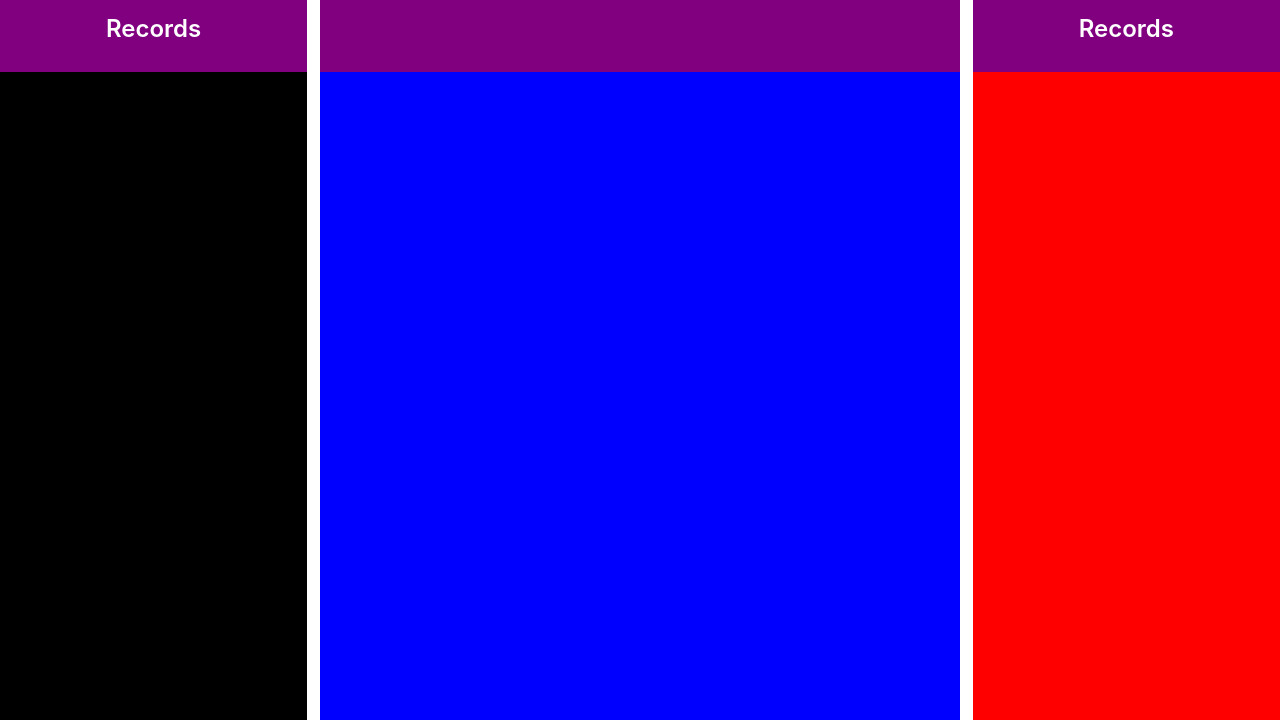
Repository: napan24/classforma_assignment
Page: / (app in client/)
An editor plug-in stored every save of this project. The page is shown before and after a run of saves, followed by the edit.
The browser window is 1280 px wide. The pictures show the whole page.
The project was rebuilt for these pictures with package versions that can differ from the ones it lists, and the page was loaded fresh each time. Also part of the build but not shown: client/src/App.css.

Above is the page before, as saved 2022-07-19 16:32:36.

After the next 2 saves:
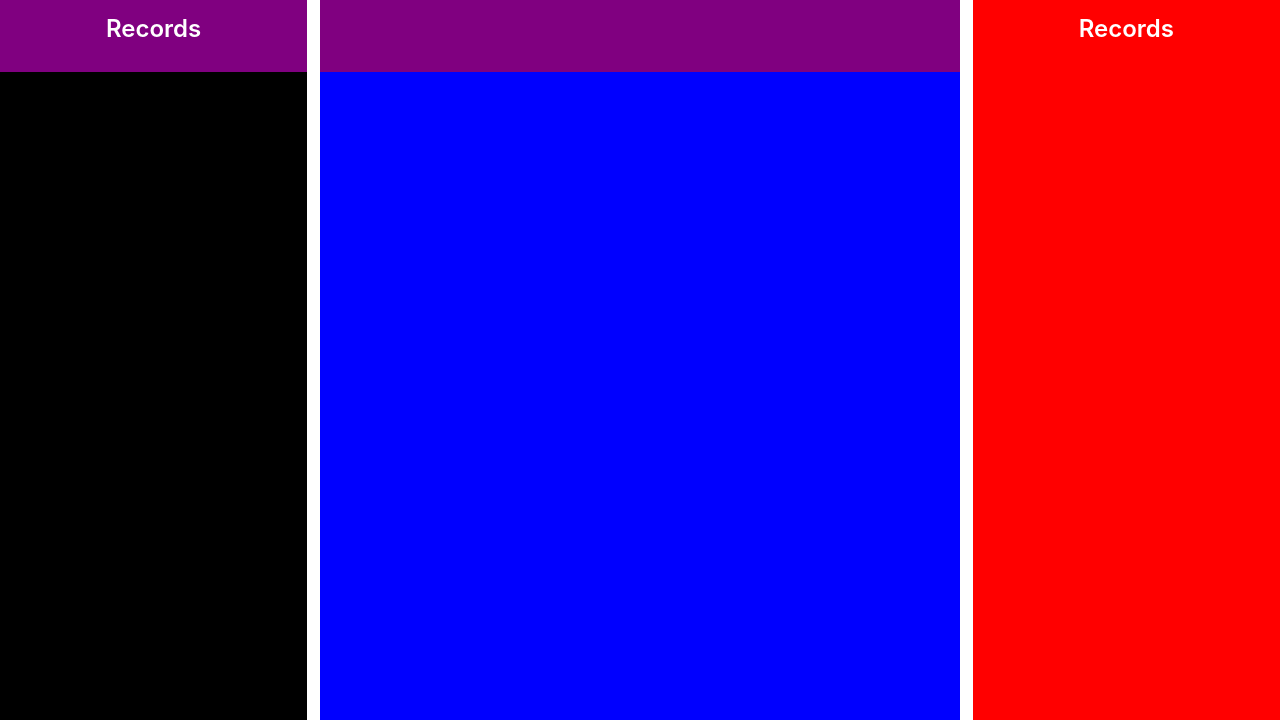
The 2 saves are shown as one change because they came seconds apart.
The last was saved 5 min 18 s later.
--- a/client/src/Home.js
+++ b/client/src/Home.js
@@ -23,7 +23,7 @@ const Home = () => {
                     </div>
                 </div>
                 <div style={{ width: "24vw", height: "100vh", backgroundColor: "red" }}>
-                    <div style={{ width: "24vw", height: "10vh", backgroundColor: "purple", textAlign: 'center', fontSize: '150%', color: "white", fontWeight: "600", position: "fixed" }}>
+                    <div style={{ width: "24vw", height: "10vh", backgroundColor: "dark blue", textAlign: 'center', fontSize: '150%', color: "white", fontWeight: "600", position: "fixed" }}>
                         <p style={{ marginTop: "2vh" }}>
                             Records
                         </p>
